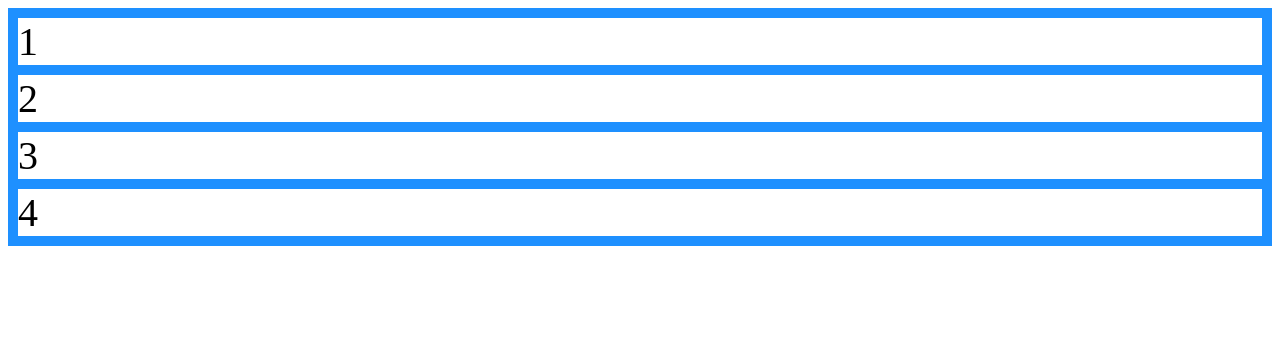
Repository: eversonps/flexbox-grid-css
Page: flexbox/flexbox2.html
An editor plug-in stored every save of this project. The page is shown before and after the next save, followed by the edit.
The browser window is 1280 px wide. The pictures show the whole page.

Above is the page before, as saved 2022-03-23 15:38:36.

After the next save:
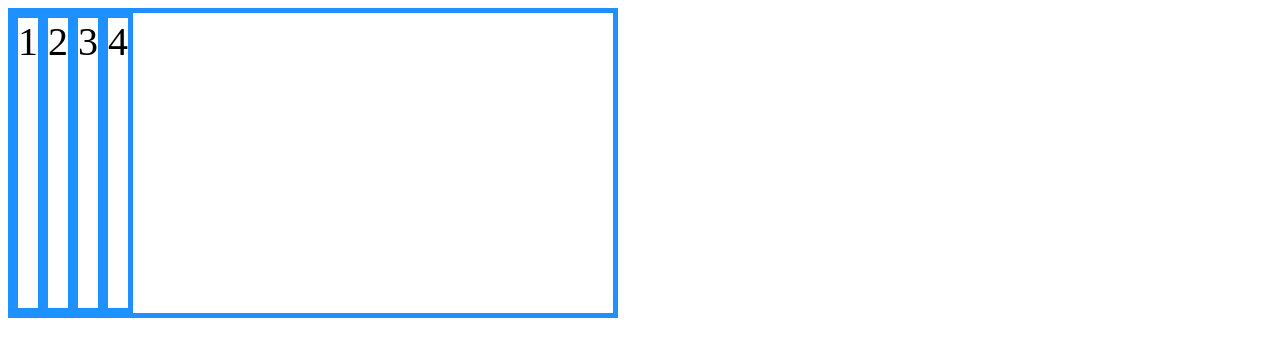
Saved 21 s later.
--- a/flexbox/flexbox2.html
+++ b/flexbox/flexbox2.html
@@ -15,7 +15,9 @@
         }
 
         .flex-container{
-
+            display: flex;
+            height: 300px;
+            width: 600px;
         }
     </style>
 </head>
